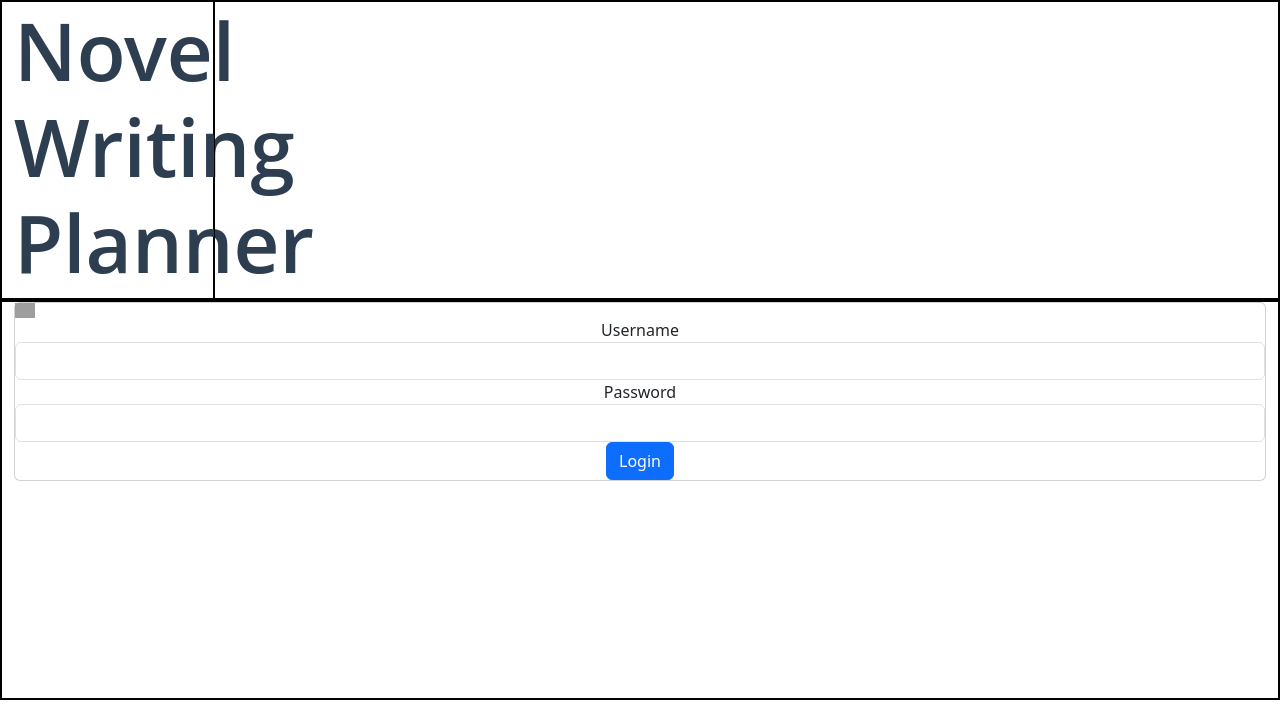
Repository: GossipCoco/RallyeBookV2
Page: /login
These files come from the project's save history. The page is drawn as it stood at one moment and after the next save; the edit follows.
The browser window is 1280 px wide. The pictures show the whole page.
Pictures or frames that could not be fetched are drawn as grey boxes. The project was rebuilt for these pictures with package versions that can differ from the ones it lists, and the page was loaded fresh each time. Also part of the build but not shown: vue.config.js, src/Services/auth-header.js, src/Services/user.service.js, src/components/PageComponent/Home.vue.

Above is the page before, as saved 2023-12-11 15:35:09.

After the next save:
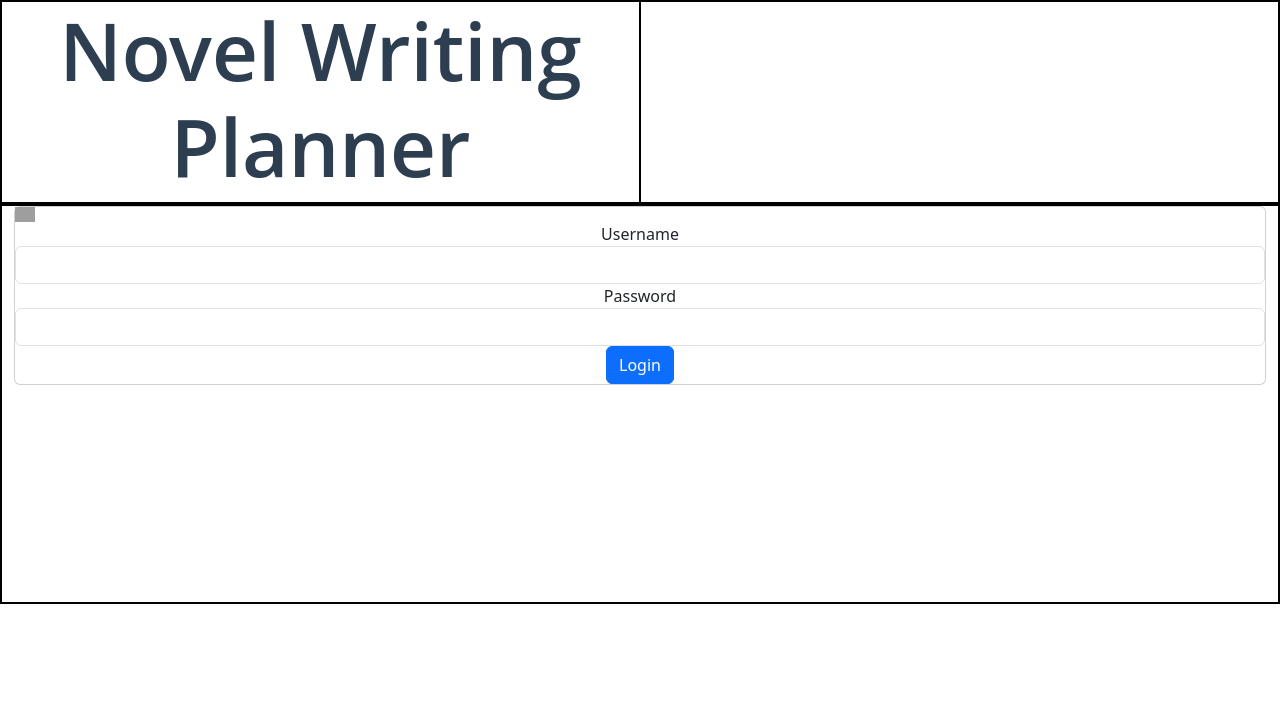
Saved 19 s later.
--- a/src/App.vue
+++ b/src/App.vue
@@ -1,10 +1,10 @@
 <template>
   <div class="container-fluid">
     <div class="row">
-      <div class="col-2">
+      <div class="col-6">
         <h1>Novel Writing Planner</h1>
       </div>
-      <div class="col-10"></div>
+      <div class="col-6"></div>
     </div>
     <div class="row">
       <div class="col-12">
